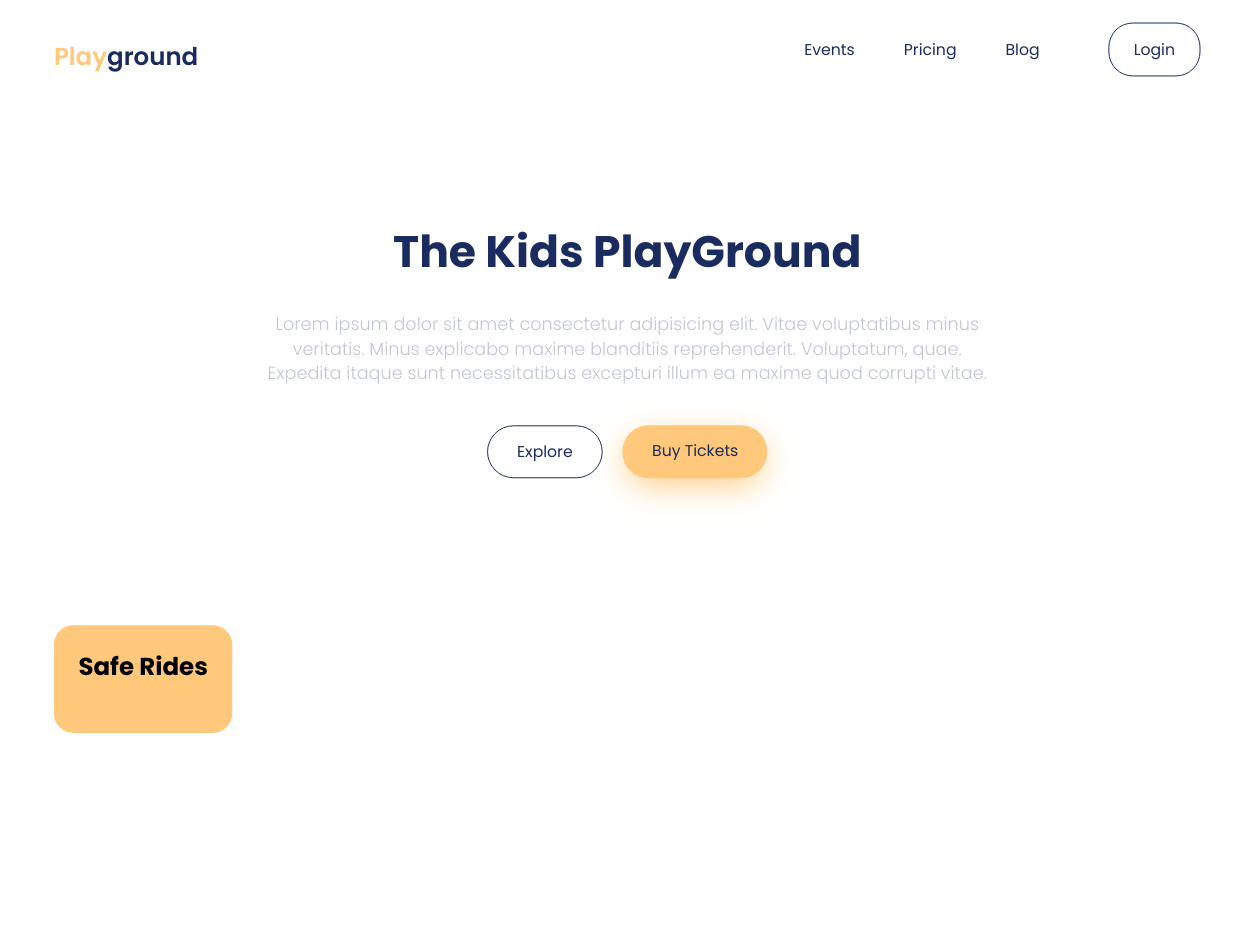
Repository: khuong30082000/the-playground
Page: index.html
The author's editor kept a copy of each file at every save. The page is drawn from the files as they stood at one save, then again after the next save.
The browser window is 1280 px wide. The pictures show the whole page, at 98% of full size.
The style sheet was rebuilt from its Sass, Less or Tailwind sources for each picture, by a compiler version that may differ from the author's.

Above is the page before, as saved 2022-06-20 12:43:57.

After the next save:
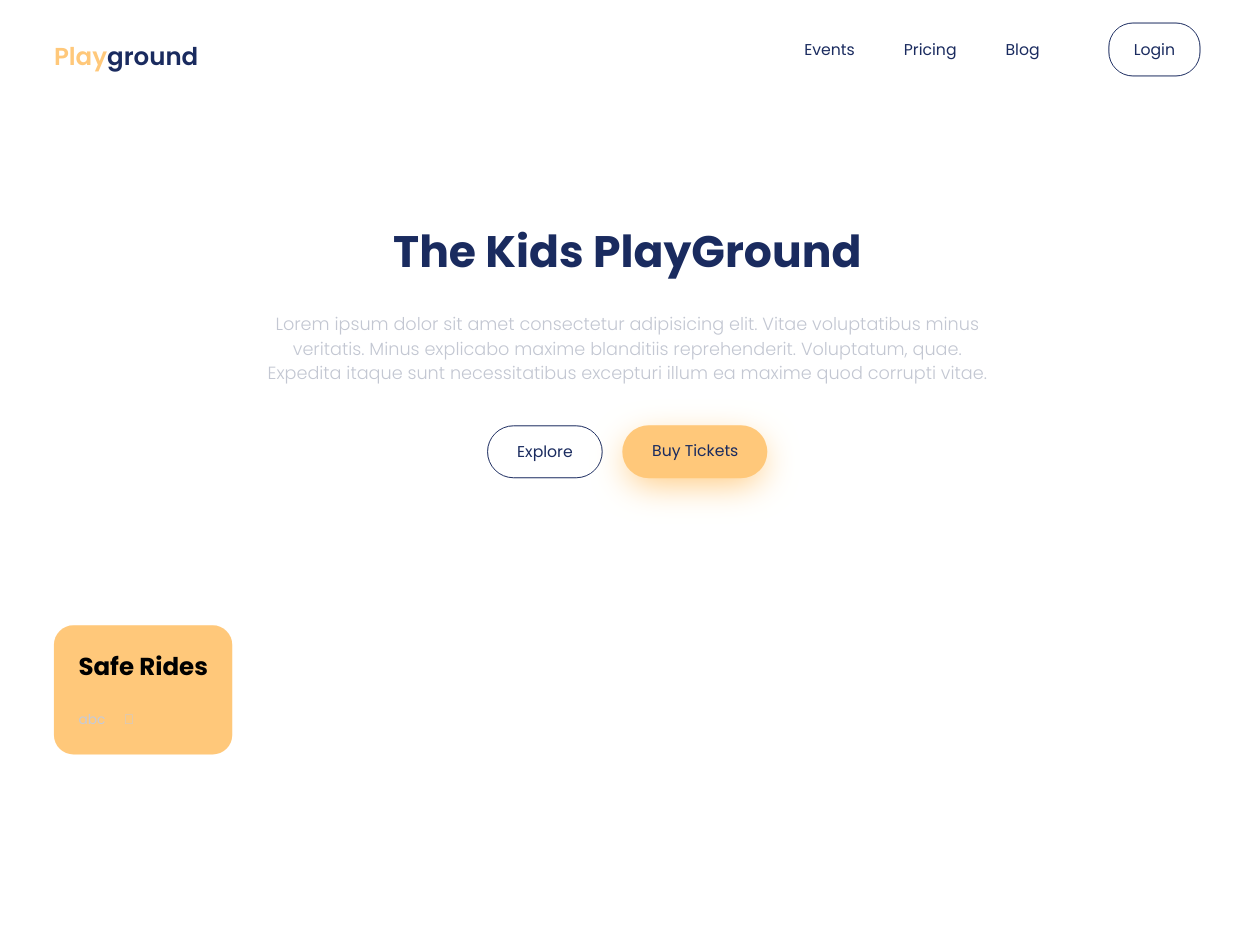
Saved 27 s later.
--- a/index.html
+++ b/index.html
@@ -59,7 +59,9 @@
                 <div class="category__item">
                     <img src="" alt="" class="category_image">
                     <h3 class="category__name">Safe Rides</h3>
-                    <a href="" class="category__details"></a>
+                    <a href="" class="category__details">
+                        abc <i class="fa fa-angle-right"></i>
+                    </a>
                 </div>
             </div>
         </div>
